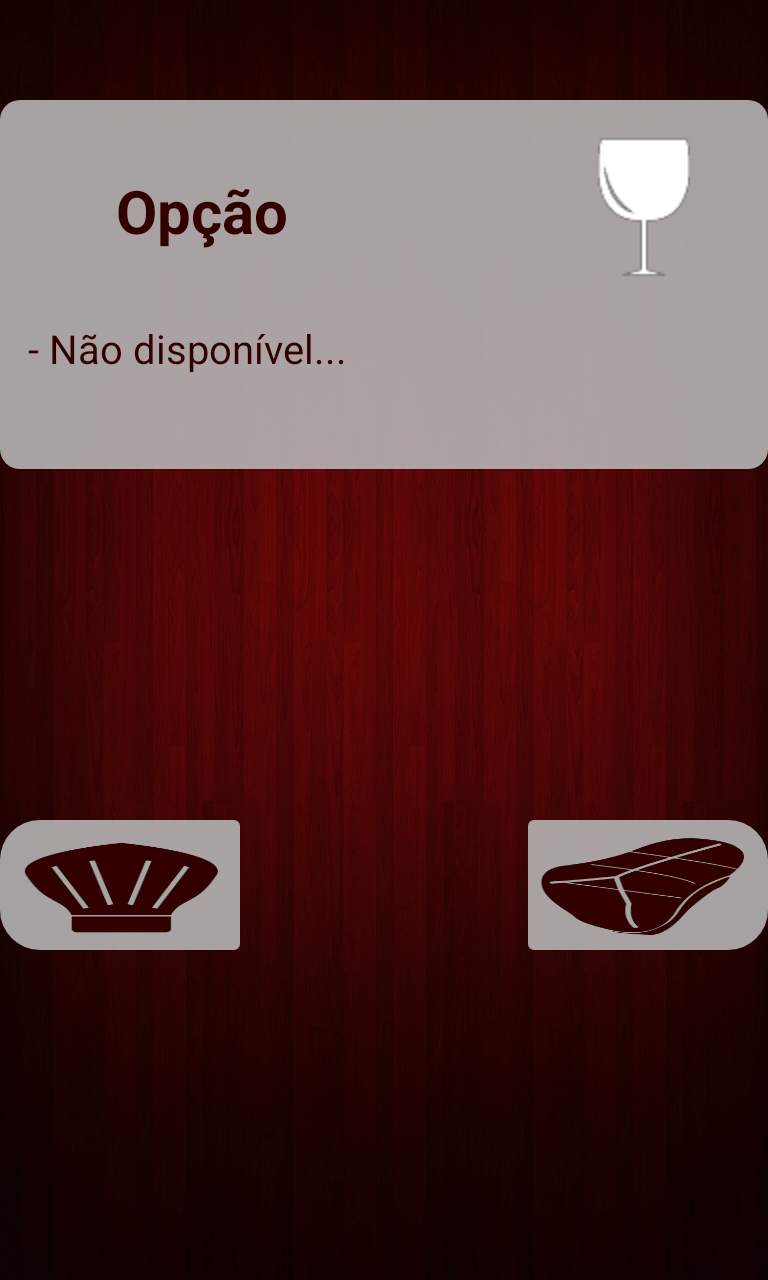
Repository: LuisFilipeDias/eMenu
Layout: SideMenuTutorial/res/layout/display_fragment.xml
An editor plug-in stored every save of this project. The layout is shown before and after a run of saves, followed by the edit.
It is drawn on a 768 x 1280 px phone screen (xhdpi) without system bars, with theme Theme.Sherlock; the app's code is not run.

Above is the layout before, as saved 2013-12-23 19:13:25.

### SideMenuTutorial/res/layout/display_fragment.xml
<LinearLayout xmlns:android="http://schemas.android.com/apk/res/android"
    xmlns:tools="http://schemas.android.com/tools"
    android:id="@+id/scrollView1"
    android:layout_width="match_parent"
    android:layout_height="match_parent"
	android:layout_marginLeft="15dp"
	android:layout_marginRight="15dp"
    android:orientation="vertical"
    android:background="@drawable/back_a"
    tools:context=".MainActivity" >

	<ScrollView
	    android:layout_width="match_parent"
	    android:layout_height="match_parent" >


    <RelativeLayout
        android:layout_width="match_parent"
        android:layout_height="match_parent">

	    <ScrollView
            android:id="@+id/display_scroll"
	        android:layout_width="match_parent"
	        android:layout_height="380dp" >

            <RelativeLayout
                android:id="@+id/display_ll_1"
                android:layout_width="match_parent"
                android:layout_height="wrap_content"
                android:layout_marginBottom="100dp"
                android:layout_marginTop="50dp"
                android:background="@drawable/center_clicked"
                android:orientation="vertical" >

                <TextView
                    android:id="@+id/bogus_ttl"
                    android:layout_width="202dp"
                    android:layout_height="wrap_content"
                    android:layout_marginBottom="20dp"
                    android:layout_marginTop="35dp"
                    android:layout_alignParentLeft="true"
                    android:gravity="center_horizontal|center_vertical"
                    android:text="@string/bogus_ttl"
                    android:textAppearance="?android:attr/textAppearanceLarge"
                    android:textColor="@color/brown"
                    android:textSize="30sp"
                    android:textStyle="bold" />

                <TextView
                    android:id="@+id/icon_title"
                    android:layout_width="75dp"
                    android:layout_height="75dp"
                    android:layout_alignParentRight="true"
                    android:layout_marginTop="15dp"
                    android:layout_marginRight="25dp"
                    android:background="@drawable/drink"
                    android:gravity="center_horizontal|center_vertical"
                    android:textAppearance="?android:attr/textAppearanceLarge"
                    android:textColor="@color/brown"
                    android:textSize="30sp"
                    android:textStyle="bold" />

                <RelativeLayout
                    android:id="@+id/disp_rel2"
                    android:layout_width="match_parent"
                    android:layout_height="wrap_content"
                    android:layout_marginTop="15dp"
                    android:orientation="vertical"
                    android:layout_below="@+id/bogus_ttl" >

                    <TextView
                        android:id="@+id/bogus_txt"
                        android:layout_width="wrap_content"
                        android:layout_height="wrap_content"
                        android:layout_alignParentLeft="true"
                        android:layout_alignParentTop="true"
                        android:layout_marginLeft="14dp"
                        android:maxWidth="230dp"
                        android:text="@string/bogus_txt"
                        android:textAppearance="?android:attr/textAppearanceLarge"
                        android:textColor="@color/brown"
                        android:textSize="20sp" />

                    <TextView
                        android:id="@+id/bogus_price"
                        android:layout_width="wrap_content"
                        android:layout_height="wrap_content"
                        android:layout_alignParentRight="true"
                        android:layout_alignParentTop="true"
                        android:layout_marginRight="14dp"
                        android:gravity="center_horizontal"
                        android:text="@string/bogus_price"
                        android:textAppearance="?android:attr/textAppearanceLarge"
                        android:textColor="@color/brown"
                        android:textSize="20sp"
                        android:textStyle="bold" />
                </RelativeLayout>
            </RelativeLayout>
    	</ScrollView>

	        <RelativeLayout
	            android:layout_marginTop="30dp"
	            android:layout_width="match_parent"
	            android:layout_height="match_parent"
	            android:layout_alignParentBottom="true"
	            android:layout_below="@+id/display_scroll" >

	            <LinearLayout
	                android:id="@+id/right_button"
	                android:text="@string/right_btn_txt"
                    android:textColor="@color/brown"
	                android:textStyle="bold"
	                android:layout_width="120dp"
	                android:layout_height="65dp"
	                android:background="@drawable/right_tri_clicked"
	                android:orientation="vertical"
	                android:layout_alignParentRight="true"
	                android:clickable="true"
	                android:onClick="rightClicked" >

                    <TextView
                        android:id="@+id/txt_right_button"
                        android:layout_width="wrap_content"
                        android:layout_height="wrap_content"
                        android:background="@drawable/meat_big"  />

	            </LinearLayout>

	            <LinearLayout
	                android:id="@+id/left_button"
	                android:text="@string/left_btn_txt"
                    android:textColor="@color/brown"
	                android:textStyle="bold"
	                android:layout_width="120dp"
	                android:layout_height="65dp"
	                android:background="@drawable/left_tri_clicked"
	                android:orientation="vertical"
	                android:layout_alignParentLeft="true"
	                android:clickable="true"
	                android:onClick="leftClicked" >

                    <TextView
                        android:id="@+id/txt_left_button"
                        android:layout_width="wrap_content"
                        android:layout_height="wrap_content"
                        android:background="@drawable/menu_big" />
	            </LinearLayout>
        	</RelativeLayout>
    </RelativeLayout>
    </ScrollView>

</LinearLayout>

### SideMenuTutorial/res/drawable/center_clicked.xml
<?xml version="1.0" encoding="utf-8"?>
<selector xmlns:android="http://schemas.android.com/apk/res/android">
<!-- Button Focused-->
    <item   android:state_focused="true"
            android:state_pressed="false"
            android:drawable="@drawable/center_bg"
            />
<!-- Button Focused Pressed-->
    <item   android:state_focused="true"
            android:state_pressed="true"
            android:drawable="@drawable/center_bg"
            />
<!-- Button Pressed-->
    <item   android:state_focused="false"
            android:state_pressed="true"
            android:drawable="@drawable/center_bg"
            />
<!-- Button Default Image-->
    <item   android:drawable="@drawable/center_hover"/>

</selector>

### SideMenuTutorial/res/values/strings.xml
<?xml version="1.0" encoding="utf-8"?>
<resources>


    <string name="drawer_close">drawer_close</string>
    <string name="drawer_open">drawer_open</string>
    <string name="title_activity_fetch_database">title_activity_fetch_database</string>
    <string name="title_activity_main">Escolher Restaurante</string>
    <string name="title_activity_display">Escolher Opção</string>
    <string name="title_activity_menu">Restaurantes</string>
    <string name="title_display_activity">Escolher</string>
    <string name="action_settings">action_settings</string>
    <string name="Fragment1">Fragment1</string>
    <string name="Fragment2">Fragment2</string>
    <string name="Fragment3">Fragment3</string>
    <string name="hello_world">Hello</string>
    <string name="Fragment1">Fragment1</string>
    <string name="menu_settings">Definições</string>

    <string name="menu_txt">Menus</string>
    <string name="entry_txt">Entradas</string>
    <string name="meat_txt">Pratos de Carne</string>
    <string name="fish_txt">Pratos de peixe</string>
    <string name="others_txt">Outros Pratos</string>
    <string name="deserts_txt">Sobremesas</string>
    <string name="drinks_txt">Bebidas</string>

    <string name="app_name">eMenu</string>
    <string name="carte_ttl">Ementas</string>
    <string name="info_ttl">Informações</string>

    <string name="resumee_ttl">Resumo:</string>
    <string name="resumee_txt">.    Não definido    </string>
    <string name="website_ttl">Website:</string>
    <string name="website_txt">.    Não definido    </string>
    <string name="location_ttl">Localização:</string>
    <string name="location_txt">.    Não definido    </string>
    <string name="contacts_ttl">Contactos:</string>
    <string name="phone_txt">- Telefones -</string>
    <string name="email_txt">- Emails -</string>

    <string name="bogus_ttl">Opção</string>
    <string name="bogus_txt"> - Não disponível...\n\n</string>
    <string name="bogus_price"> </string>

    <string name="left_btn_txt">Left</string>
    <string name="right_btn_txt">Right</string>
</resources>

### SideMenuTutorial/res/values/colors.xml
<?xml version="1.0" encoding="utf-8"?>
<resources>
        <color name="background_color">#888888</color>
        <color name="text_color">#00FFFF</color>
        <color name="random_color">#0000FF</color>
        <color name="light_grey">#EBEBEB</color>
        <color name="medium_grey">#A0A0A0</color>
        <color name="dark_grey">#646464</color>
        <color name="light_red">#FFE2E2</color>
        <color name="medium_red">#FFB4B4</color>
        <color name="light_blue">#E2E2FF</color>
        <color name="medium_blue">#B4B4FF</color>
        <color name="dark_blue">#0000FF</color>
        <color name="light_green">#E2FFE2</color>
        <color name="medium_green">#B4FFB4</color>
        <color name="emenu_color">#9F9F9F</color>
        <color name="light_orange">#FFC983</color>
        <color name="medium_orange">#FFB778</color>
        <color name="light_yellow">#FFFFBF</color>
        <color name="medium_yellow">#FFFFA3</color>
        <color name="white">#FFFFFF</color>
        <color name="top_blue">#3399CC</color>
        <color name="brown">#330000</color>
</resources>

### SideMenuTutorial/res/drawable/right_tri_clicked.xml
<?xml version="1.0" encoding="utf-8"?>
<selector xmlns:android="http://schemas.android.com/apk/res/android">
<!-- Button Focused-->
    <item   android:state_focused="true"
            android:state_pressed="false"
            android:drawable="@drawable/right_tri_bg"
            />
<!-- Button Focused Pressed-->
    <item   android:state_focused="true"
            android:state_pressed="true"
            android:drawable="@drawable/right_tri_bg"
            />
<!-- Button Pressed-->
    <item   android:state_focused="false"
            android:state_pressed="true"
            android:drawable="@drawable/right_tri_bg"
            />
<!-- Button Default Image-->
    <item   android:drawable="@drawable/right_tri_hover"/>

</selector>

### SideMenuTutorial/res/drawable/left_tri_clicked.xml
<?xml version="1.0" encoding="utf-8"?>
<selector xmlns:android="http://schemas.android.com/apk/res/android">
<!-- Button Focused-->
    <item   android:state_focused="true"
            android:state_pressed="false"
            android:drawable="@drawable/left_tri_bg"
            />
<!-- Button Focused Pressed-->
    <item   android:state_focused="true"
            android:state_pressed="true"
            android:drawable="@drawable/left_tri_bg"
            />
<!-- Button Pressed-->
    <item   android:state_focused="false"
            android:state_pressed="true"
            android:drawable="@drawable/left_tri_bg"
            />
<!-- Button Default Image-->
    <item   android:drawable="@drawable/left_tri_hover"/>

</selector>

### SideMenuTutorial/res/drawable/left_tri_bg.xml
<?xml version="1.0" encoding="UTF-8"?>
<shape xmlns:android="http://schemas.android.com/apk/res/android">
<!--this is to give gradient effect -->
<gradient   android:angle="270"
            android:startColor="#FFFFFFFF"
            android:endColor="#FFFFFFFF"
            />
<!-- this is make corners of button rounded -->
<corners    android:topLeftRadius="20dip"
               android:bottomRightRadius="3dip"
               android:topRightRadius="3dip"
               android:bottomLeftRadius="20dip"/>

</shape>

### SideMenuTutorial/res/drawable/left_tri_hover.xml
<?xml version="1.0" encoding="UTF-8"?>
<shape xmlns:android="http://schemas.android.com/apk/res/android">
<!--this is to give gradient effect -->
<gradient   android:angle="270"
               android:startColor="#DDBBBBBB"
               android:endColor="#DDBBBBBB"
               />
<!-- this is make corners of button rounded -->
<corners    android:topLeftRadius="20dip"
               android:bottomRightRadius="3dip"
               android:topRightRadius="3dip"
               android:bottomLeftRadius="20dip"/>

</shape>

### SideMenuTutorial/res/drawable/right_tri_bg.xml
<?xml version="1.0" encoding="UTF-8"?>
<shape xmlns:android="http://schemas.android.com/apk/res/android">
<!--this is to give gradient effect -->
<gradient   android:angle="270"
            android:startColor="#FFFFFFFF"
            android:endColor="#FFFFFFFF"
            />
<!-- this is make corners of button rounded -->
<corners    android:topLeftRadius="3dip"
               android:bottomRightRadius="20dip"
               android:topRightRadius="20dip"
               android:bottomLeftRadius="3dip"/>

</shape>

### SideMenuTutorial/res/drawable/right_tri_hover.xml
<?xml version="1.0" encoding="UTF-8"?>
<shape xmlns:android="http://schemas.android.com/apk/res/android">
<!--this is to give gradient effect -->
<gradient   android:angle="270"
               android:startColor="#DDBBBBBB"
               android:endColor="#DDBBBBBB"
               />
<!-- this is make corners of button rounded -->
<corners    android:topLeftRadius="3dip"
               android:bottomRightRadius="20dip"
               android:topRightRadius="20dip"
               android:bottomLeftRadius="3dip"/>

</shape>

### SideMenuTutorial/res/drawable/center_bg.xml
<?xml version="1.0" encoding="UTF-8"?>
<shape xmlns:android="http://schemas.android.com/apk/res/android">
<!--this is to give gradient effect -->
<gradient   android:angle="270"
            android:startColor="#FFFFFFFF"
            android:endColor="#FFFFFFFF"
            />
<!-- this is make corners of button rounded -->
<corners    android:topLeftRadius="10dip"
               android:bottomRightRadius="10dip"
               android:topRightRadius="10dip"
               android:bottomLeftRadius="10dip"/>

</shape>

### SideMenuTutorial/res/drawable/center_hover.xml
<?xml version="1.0" encoding="UTF-8"?>
<shape xmlns:android="http://schemas.android.com/apk/res/android">
<!--this is to give gradient effect -->
<gradient   android:angle="270"
               android:startColor="#DDBBBBBB"
               android:endColor="#DDBBBBBB"
               />
<!-- this is make corners of button rounded -->
<corners    android:topLeftRadius="10dip"
               android:bottomRightRadius="10dip"
               android:topRightRadius="10dip"
               android:bottomLeftRadius="10dip"/>

</shape>

After the next 2 saves:
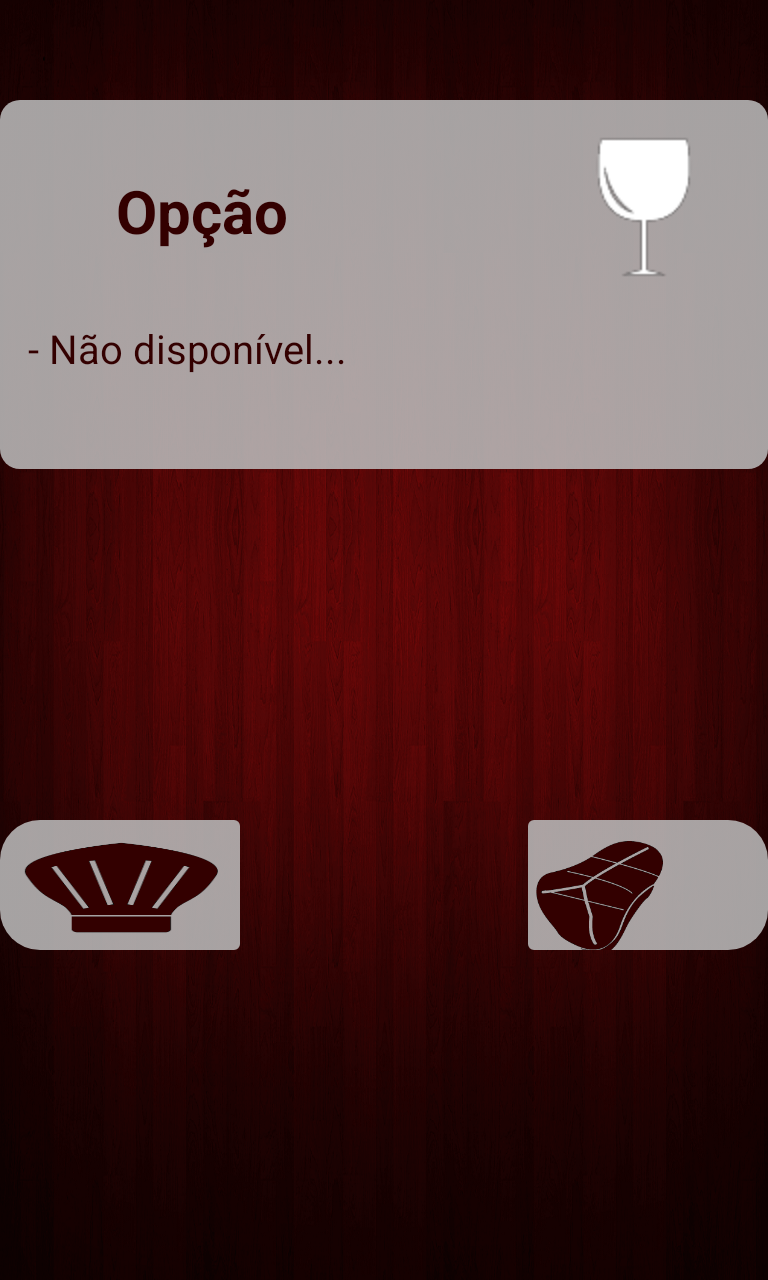
The 2 saves are shown as one change because they came seconds apart.
The last was saved 22 s later.
--- a/SideMenuTutorial/res/layout/display_fragment.xml
+++ b/SideMenuTutorial/res/layout/display_fragment.xml
@@ -120,8 +120,8 @@
 
                     <TextView
                         android:id="@+id/txt_right_button"
-                        android:layout_width="wrap_content"
-                        android:layout_height="wrap_content"
+                        android:layout_width="75dp"
+                        android:layout_height="75dp"
                         android:background="@drawable/meat_big"  />
 
 	            </LinearLayout>
